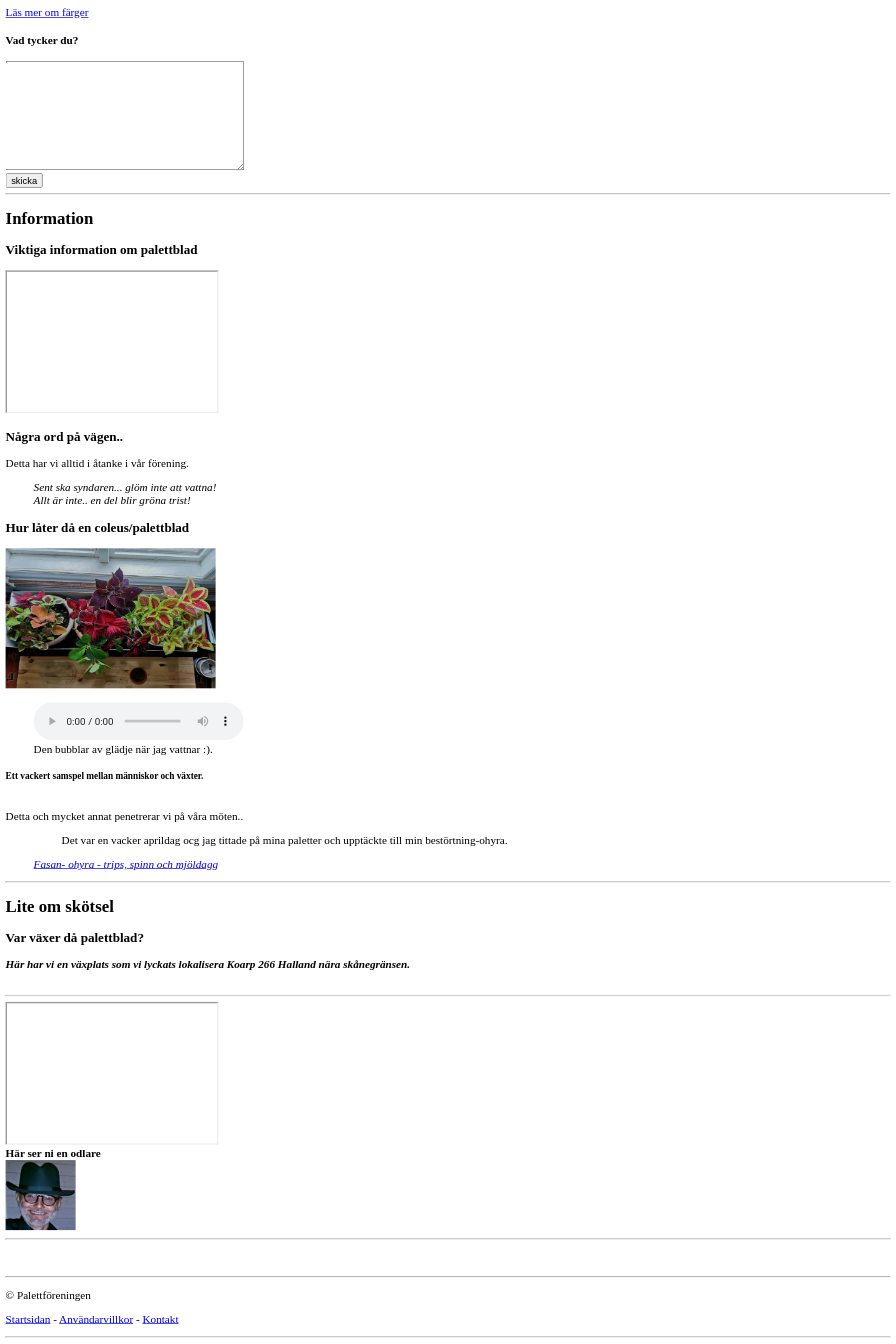
Repository: Webutveckling-20-21/Uppgift-1
Page: blogg.html
These files come from the project's save history. The page is drawn as it stood at one moment and after the next save; the edit follows.
The browser window is 1280 px wide. The pictures show the part of the page from y = 1265 to 3185 px (the page is 3185 px tall before and 3140 px after), at 70% of full size.
Pictures or frames that could not be fetched are drawn as grey boxes.

Above is the page before, as saved 2021-09-07 16:07:31.

### blogg.html
<!DOCTYPE html>
<html lang="sv">

<head>
    <meta charset="UTF-8">
    <meta name="viewport" content="width=device-width, initial-scale=1.0">
    <title>Föreningens blogg</title>
</head>

<body>
    <header>
        <h1>Palettbloggen</h1>
        <!-- Här läggs alla länkar in-->
        <a href="blogg.html"><b> Blogga om paletter</b></a>&nbsp;&nbsp;&nbsp;&nbsp;&nbsp;&nbsp;&nbsp;&nbsp;
        <a href="verksamheten.html"><b> Vad vi gör</b></a>&nbsp;&nbsp;&nbsp;&nbsp;&nbsp;&nbsp;&nbsp;&nbsp;
        <a href="medlemskap.html"><b>Bli medlem</b></a>

    </header>
    <main>
        <section>
            <h2>Vår blogg</h2>
            <article>
                <!-- första blogginlägget -->




                <br>
                <h3> <b> Några ord från ordföranden</b></h3>
                <img src="images/ord.jpg" width="100" height="100" alt="Ordförande"> <br>
                <h4>Lite om paletters skötsel</h4>


                <p> Ni kommer att förstå varandra, för palettblad svarar artigt. <br> Mörkt – växer långsamt. Ljust
                    –
                    växer
                    snabbt. Mindre vatten – grönare blad. <br> Mer vatten – ljusrosa blad. Inget vatten – slokar.
                    Enkelt!
                    Lätt att föröka. </p> <br>

                <p> <b> Latinskt namn:</b> Plectranthus scutellarioides
                    Växtfamilj: Kransblommiga växter. <br> <br>



                    <b> Läge:</b> Placeras ljust, men inte i direkt solljus då bladen kan brännas. <br>
                    Ju mer sol den får, desto
                    intensivare blir färgerna. <br> I skugga blir bladen mer gröna.
                    Under sommaren kan palettblad placeras ljust men <br> inte i direkt solljus då kan bladen
                    brännas.
                    <br>
                </p>

                <b> Temperatur:</b> Känslig för temperaturer under 18°C. <br> <br>

                <b> Vattning:</b> Vattnas ofta, 1-2 gånger i veckan. Håll jorden fuktig. <br> Som många växter vill den
                ha
                mer
                vatten på sommarhalvåret än på vintern. <br>

                <h4>Några hållpunkter som ny odlare</h4>
                <ul>
                    <li>Vattna lagom</li>
                    <li>Lagom ljus</li>
                    <li>Ta in dom när temperaturen sjunker och det är risk för frost</li>
                </ul>

            </article>

            <article>
                <!-- Andra inlägget  -->
                <h2>Färger och korsningar</h2>
                <p> Färger: Vi odlar växten för färgernas skull och de är nästan alla palettens. <br> Allt från
                    crèmevitt
                    och ljusgrönt till limefärgat, grönt, rost, rött och purpur – alla i många färgnyanser. <br>
                    Bakgrund:
                    Flerårig ört till halvbuske som förgrenar sig lätt. <br> I naturen blir den runt en meter hög. <br>
                    <i> Stina</i>
                </p>


            </article>

            <article>
                <!-- Tredje inlägget -->
                <h2>Fel om färger</h2>
                <p> Dessa frön sägs ofta ge blåa palettblad (palettblad kan inte bli blå). <br> Eller andra palettblad
                    med
                    väldigt speciella former och färger. <br> Som jag nämnde ovan så är det bara Palettblad med relativt
                    enkla former och färger, <br> som man har lyckats göra fröäkta. <br>
                    <i>Olle ny medlem</i>
                    <br>
                    <img src="images/olle.jpg" width="100" height="120" alt="olle">
                </p>

                <a href="https://coleus.blogg.se/">Läs mer om färger</a>
            </article>
            <h4>Vad tycker du?</h4>
            <textarea name="bloggpost" cols="40" rows="10"></textarea><br>
            <input type="submit" value="skicka">
        </section>
    </main>
    <hr>
    <aside>
        <section>
            <h2>Information</h2>
            <article>
                <h3>Viktiga information om palettblad</h3>

                <iframe src="https://youtu.be/BvaeieAXEZY" height="200" width="300" title="Iframe Example"></iframe>
            </article>
        </section>
        <article>
            <h3>Några ord på vägen..</h3>
            Detta har vi alltid i åtanke i vår förening.
            <!-- ett element för citat -->
            <blockquote>
                <i> Sent ska syndaren... glöm inte att vattna!</i>
                <br>
                <i> Allt är inte.. en del blir gröna trist!</i>
                <br>
            </blockquote>
            <h3>Hur låter då en coleus/palettblad</h3>
            <img src="images/pal.jpg" width="300" height="200" alt="en palett">
            <figure>
                <audio controls src="sounds/w.oga"></audio>
                <figcaption>Den bubblar av glädje när jag vattnar :).</figcaption>

            </figure>
             <h5> Ett vackert samspel mellan människor och växter.</h5> <br>
                    <bold> Detta och mycket annat penetrerar vi på våra möten..</bold>


            <figure>
                <blockquote>
                    <p>Det var en vacker aprildag ocg jag tittade på mina paletter och upptäckte till min
                        bestörtning-ohyra.</p>
                </blockquote>
                <figcaption> <cite><a href="https://coleus.blogg.se/2019/july/ohyra-trips-spinn-och-mjoldagg.html">
                            Fasan- ohyra - trips, spinn och mjöldagg</a></cite> </figcaption>
            </figure>

        </article>
        <hr>
        <section>
            <h2>Lite om skötsel</h2>
            <article>
                <h3>Var växer då palettblad?</h3>
                <p>
                    <b> <i> Här har vi en växplats som vi lyckats lokalisera
                            Koarp 266 Halland nära skånegränsen. </i> </b> <br> <br>
                    <hr>

                    <iframe width="300" height="200" src="https://kartor.eniro.se/m/GUsQ0">
                    </iframe> <br>

                    <b> Här ser ni en odlare </b><br>
                    <img src="images/odl.jpg" width="100" height="100" alt="en odlare"> <br>


                    <hr>
            </article>
        </section>

    </aside> <br><br>
    <hr>
    <footer>
        <p> &copy; Palettföreningen</p>
        <nav>
            <p>
                <a href="blogg.html">Startsidan</a> -
                <a href="villkor.html">Användarvillkor</a> -
                <a href="kontakt.html">Kontakt</a>
            </p>
        </nav>


    </footer>
    <hr>
</body>

</html>

After the next save:
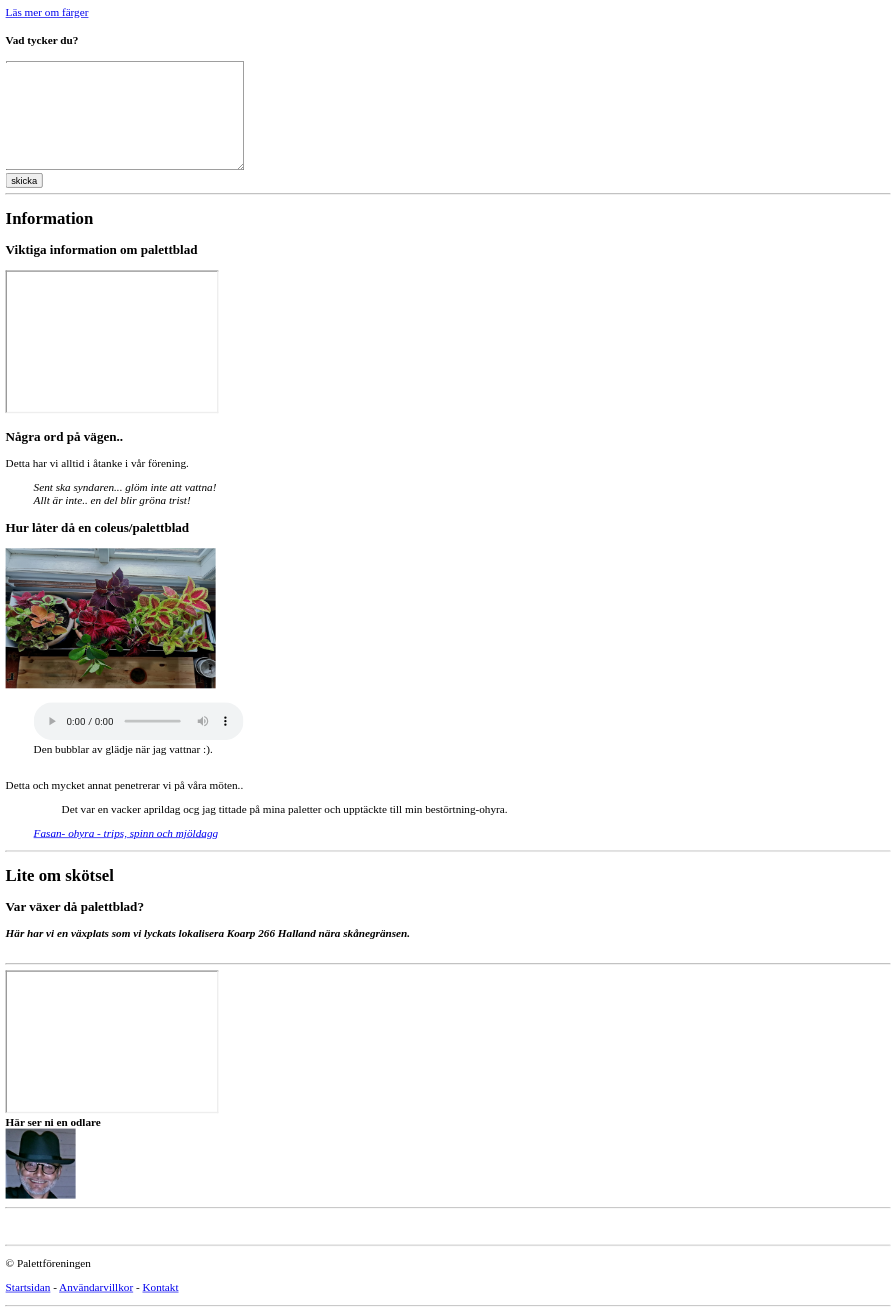
Saved 24 s later.
--- a/blogg.html
+++ b/blogg.html
@@ -127,7 +127,7 @@
                 <figcaption>Den bubblar av glädje när jag vattnar :).</figcaption>
 
             </figure>
-             <h5> Ett vackert samspel mellan människor och växter.</h5> <br>
+             <Ett vackert samspel mellan människor och växter.</h5> <br>
                     <bold> Detta och mycket annat penetrerar vi på våra möten..</bold>
 
 
